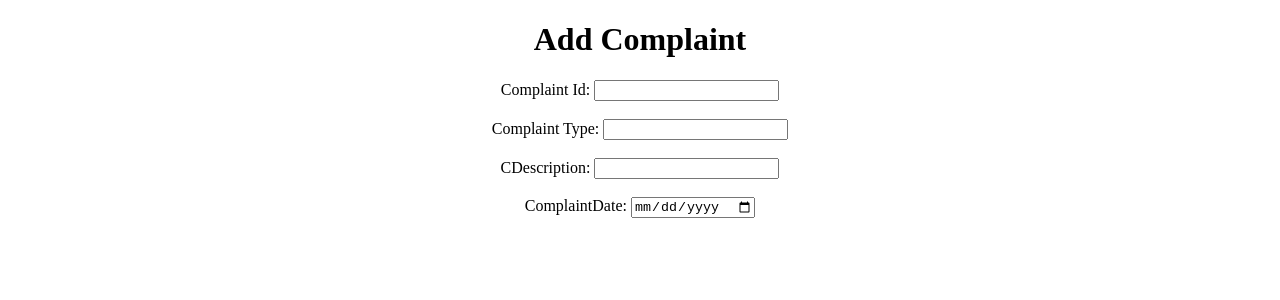
Repository: SatyaPrakash2023/Infinite_Javatraining
Page: http://localhost/ComplaintRegister/AddComplaint.jsp
An editor plug-in stored every save of this project. The page is shown before and after the next save, followed by the edit.
The browser window is 1280 px wide. The pictures show the whole page.
The page is served by Tomcat 9. Other server files are loaded and not shown.

Above is the page before, as saved 2023-10-01 18:51:23.

### Task/Complaint/ComplaintRegister/src/main/webapp/AddComplaint.jsp
<%@ page language="java" contentType="text/html; charset=ISO-8859-1"
    pageEncoding="ISO-8859-1"%>
<!DOCTYPE html>
<html>
<head>
<meta charset="ISO-8859-1">
<title>Insert title here</title>
</head>
<body>
<form method="get" action="AddComplaint.jsp">
	<center>
	<h1>Add Complaint</h1>
	Complaint Id:
		<input type="text" name="complaintId"/><br><br/>
	Complaint Type:
		<input type="text" name="complaintType"/><br><br/>
	CDescription:
		<input type="text" name="description"/><br><br/>
	ComplaintDate:
		<input type="date" name="CDate"/><br><br/>
	</center>
</form>

</body>
</html>

### Task/Complaint/ComplaintRegister/src/main/java/com/java/comp/Complaint.java
package com.java.comp;

import java.util.Date;

public class Complaint {
	private String ComplaintId;
	private String ComplaintType;
	private String CDescription;
	private Date ComplaintDate;
	private String severity;
	private String Status;
	public Complaint() {
		super();
		// TODO Auto-generated constructor stub
	}
	public Complaint(String complaintId, String complaintType, String cDescription, Date complaintDate, String severity,
			String status) {
		super();
		ComplaintId = complaintId;
		ComplaintType = complaintType;
		CDescription = cDescription;
		ComplaintDate = complaintDate;
		this.severity = severity;
		Status = status;
	}
	public String getComplaintId() {
		return ComplaintId;
	}
	public void setComplaintId(String complaintId) {
		ComplaintId = complaintId;
	}
	public String getComplaintType() {
		return ComplaintType;
	}
	public void setComplaintType(String complaintType) {
		ComplaintType = complaintType;
	}
	public String getCDescription() {
		return CDescription;
	}
	public void setCDescription(String cDescription) {
		CDescription = cDescription;
	}
	public Date getComplaintDate() {
		return ComplaintDate;
	}
	public void setComplaintDate(Date complaintDate) {
		ComplaintDate = complaintDate;
	}
	public String getSeverity() {
		return severity;
	}
	public void setSeverity(String severity) {
		this.severity = severity;
	}
	public String getStatus() {
		return Status;
	}
	public void setStatus(String status) {
		Status = status;
	}
	@Override
	public String toString() {
		return "Complaint [ComplaintId=" + ComplaintId + ", ComplaintType=" + ComplaintType + ", CDescription="
				+ CDescription + ", ComplaintDate=" + ComplaintDate + ", severity=" + severity + ", Status=" + Status
				+ "]";
	}






}

After the next save:
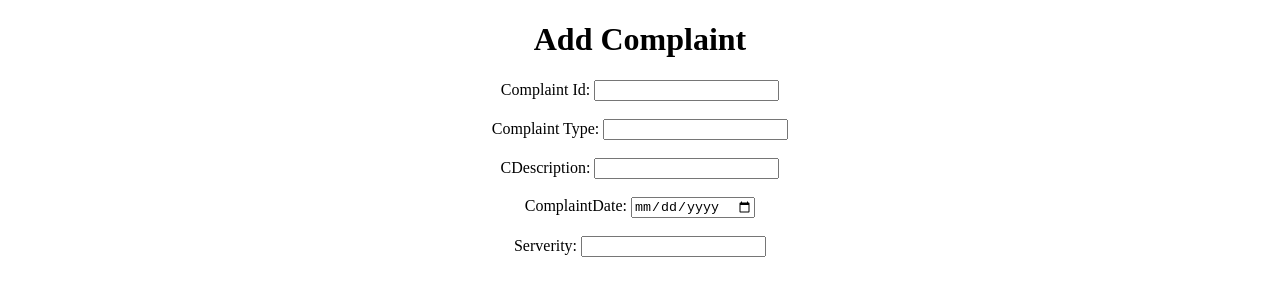
Saved 22 min 54 s later.
--- a/Task/Complaint/ComplaintRegister/src/main/webapp/AddComplaint.jsp
+++ b/Task/Complaint/ComplaintRegister/src/main/webapp/AddComplaint.jsp
@@ -1,3 +1,4 @@
+<%@page import="com.java.comp.Complaint"%>
 <%@ page language="java" contentType="text/html; charset=ISO-8859-1"
     pageEncoding="ISO-8859-1"%>
 <!DOCTYPE html>
@@ -18,8 +19,15 @@
 		<input type="text" name="description"/><br><br/>
 	ComplaintDate:
 		<input type="date" name="CDate"/><br><br/>
+	Serverity:
+		<input type="text" name="serverity"/><br><br/>
 	</center>
 </form>
+<%
+	Complaint comp=new Complaint();
+	comp.setComplaintId(request.getParameter("complaintId"));
+	comp.setComplaintType(request.getParameter("complaintType"));
+%>
 
 </body>
 </html>
